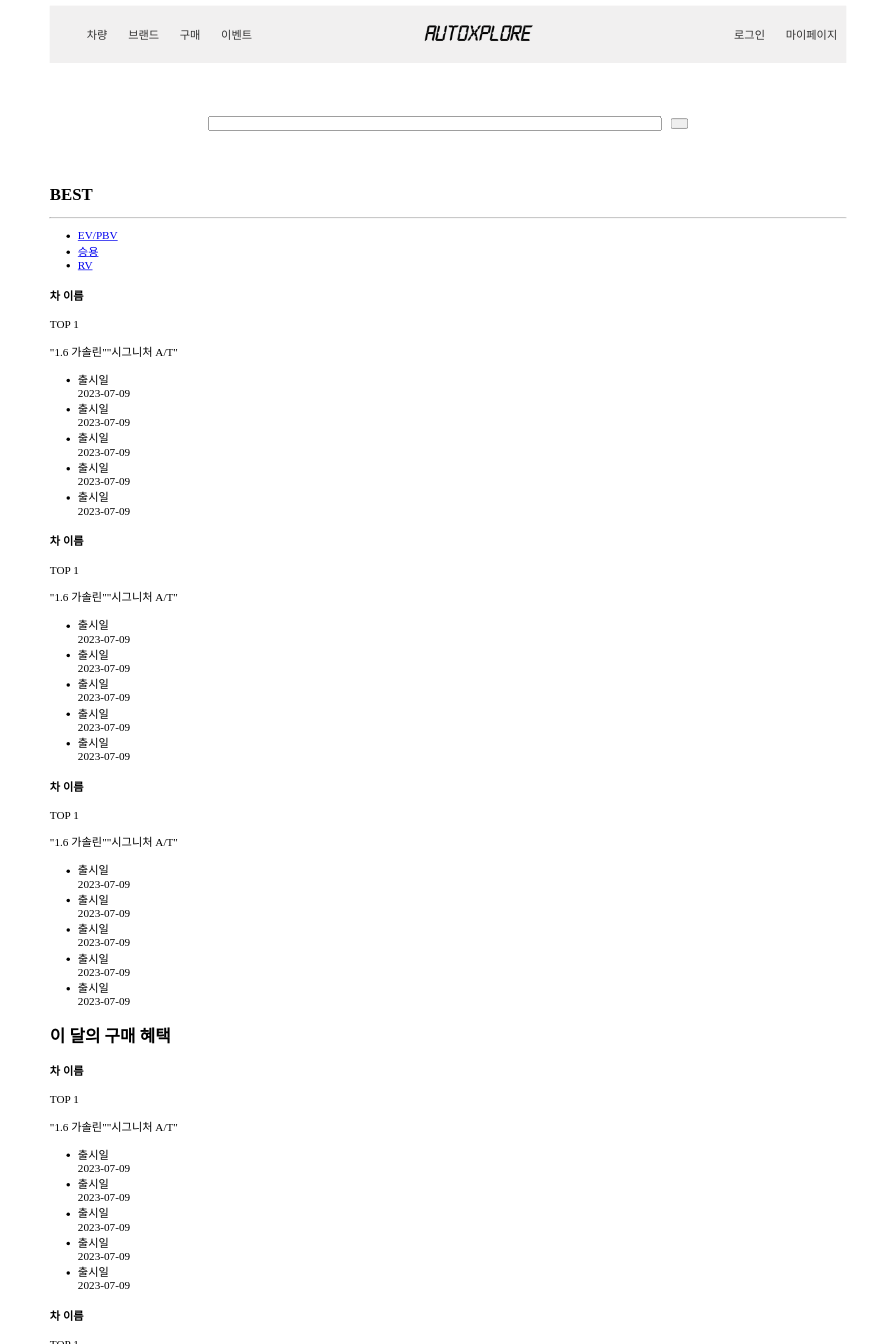
Repository: Autoxplore/Autoxplore
Page: main/main.html
The author's editor kept a copy of each file at every save. The page is drawn from the files as they stood at one save, then again after the next save.
The browser window is 1280 px wide. The pictures show the part of the page from y = 0 to 1920 px (the page is 3423 px tall before and 3398 px after), at 70% of full size.

Above is the page before, as saved 2023-08-03 08:59:50.

After the next save:
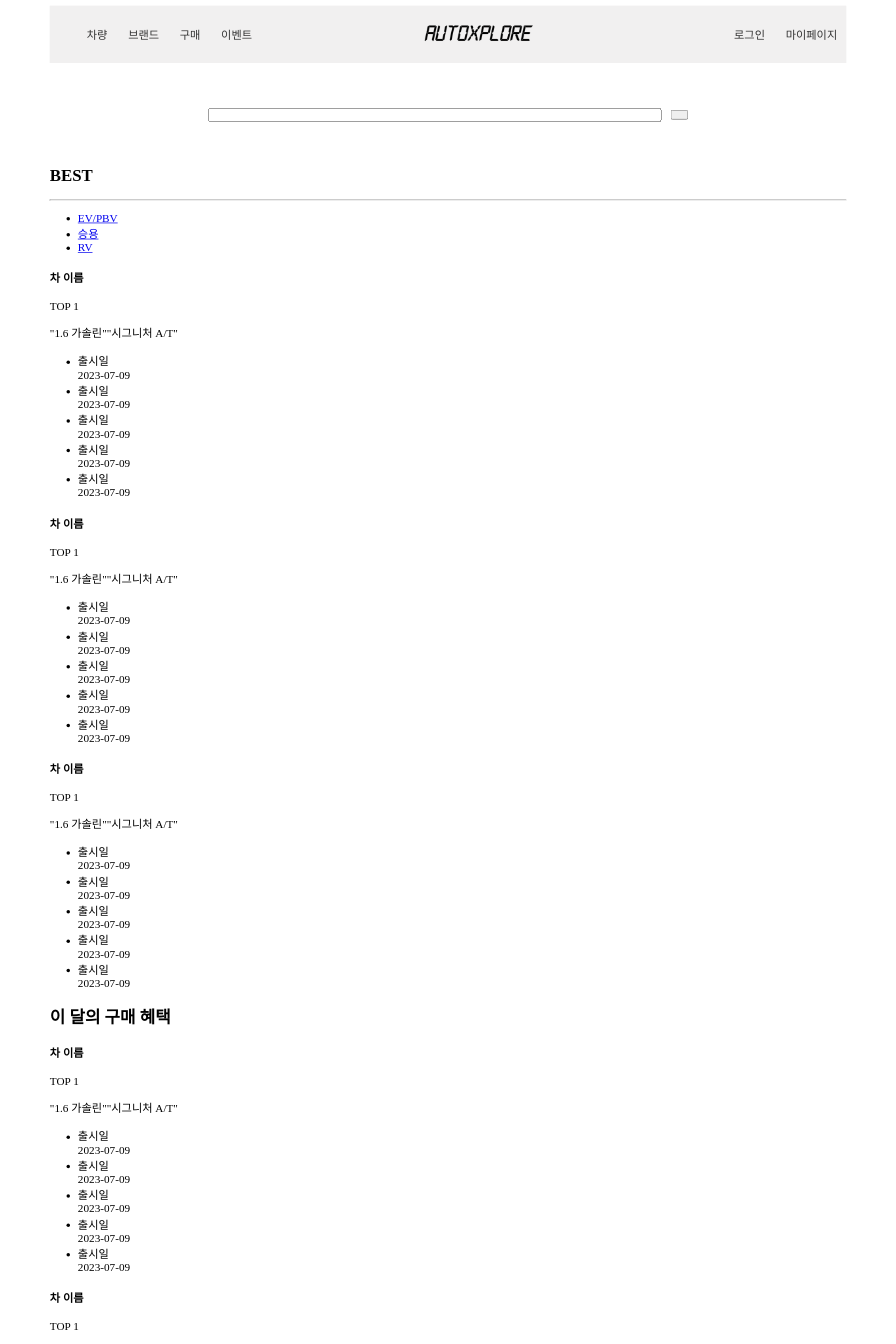
Saved 4 s later.
--- a/main/style/main.css
+++ b/main/style/main.css
@@ -53,7 +53,7 @@
         display: flex;
         justify-content: center;
         align-items: center;
-        margin: 6vw;
+        margin: 5vw;
     }
 
     .search input[type="text"]{
@@ -68,9 +68,5 @@
     }
 
     /* best 섹션 */
-    .best h2{
-        text-align: center;
-    }
-
 
 }
